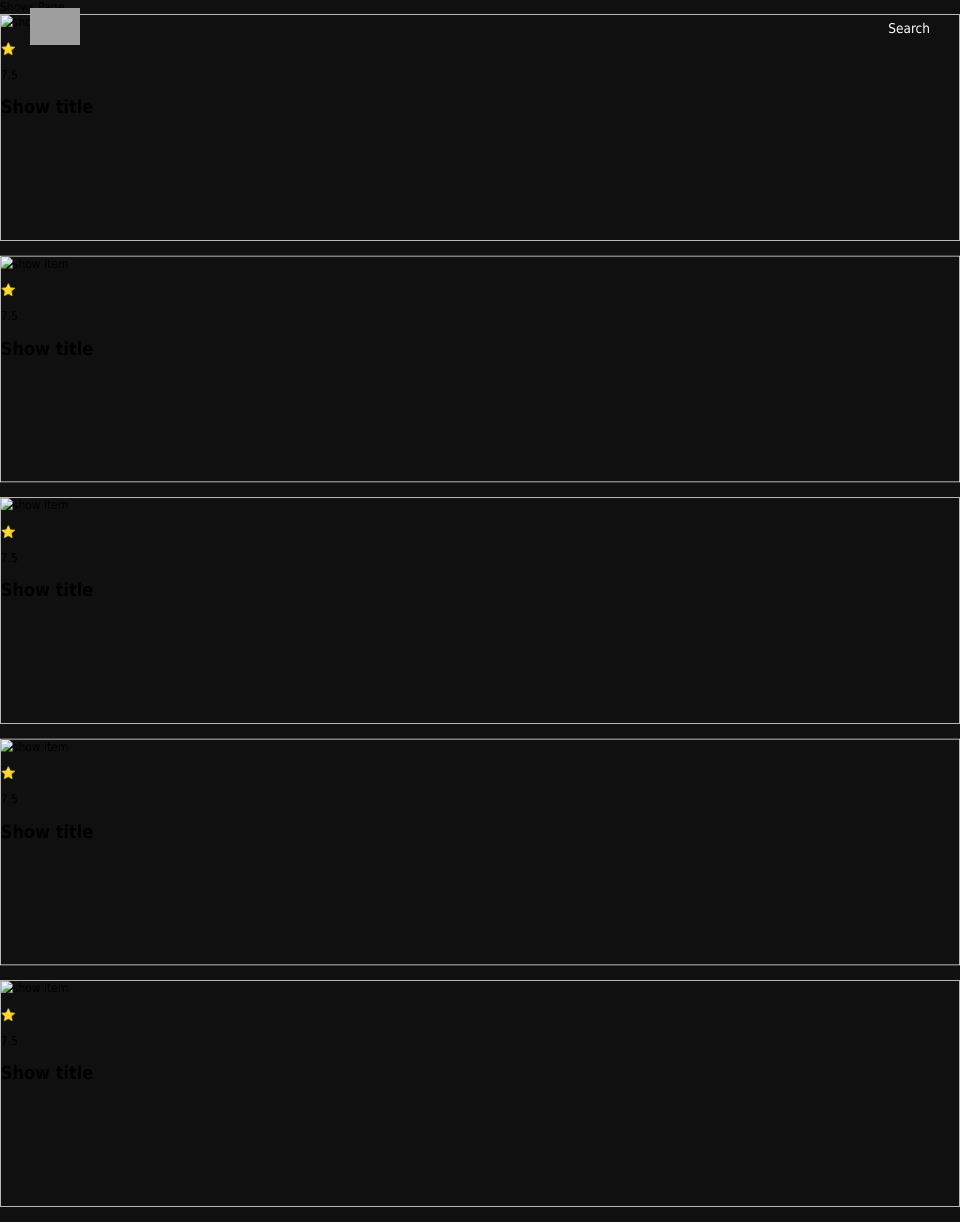
Repository: ahmedhamed15/React-Movies-App
Page: /#/show/1
The author's editor kept a copy of each file at every save. The page is drawn from the files as they stood at one save, then again after the next save.
The browser window is 1280 px wide. The pictures show the whole page, at 75% of full size.
Pictures or frames that could not be fetched are drawn as grey boxes. The project was rebuilt for these pictures with package versions that can differ from the ones it lists, and the page was loaded fresh each time. Also part of the build but not shown: src/Components/Search/Search.js, src/Pages/HomePage.js, src/Pages/SearchPage.js.

Above is the page before, as saved 2021-07-18 21:37:53.

After the next save:
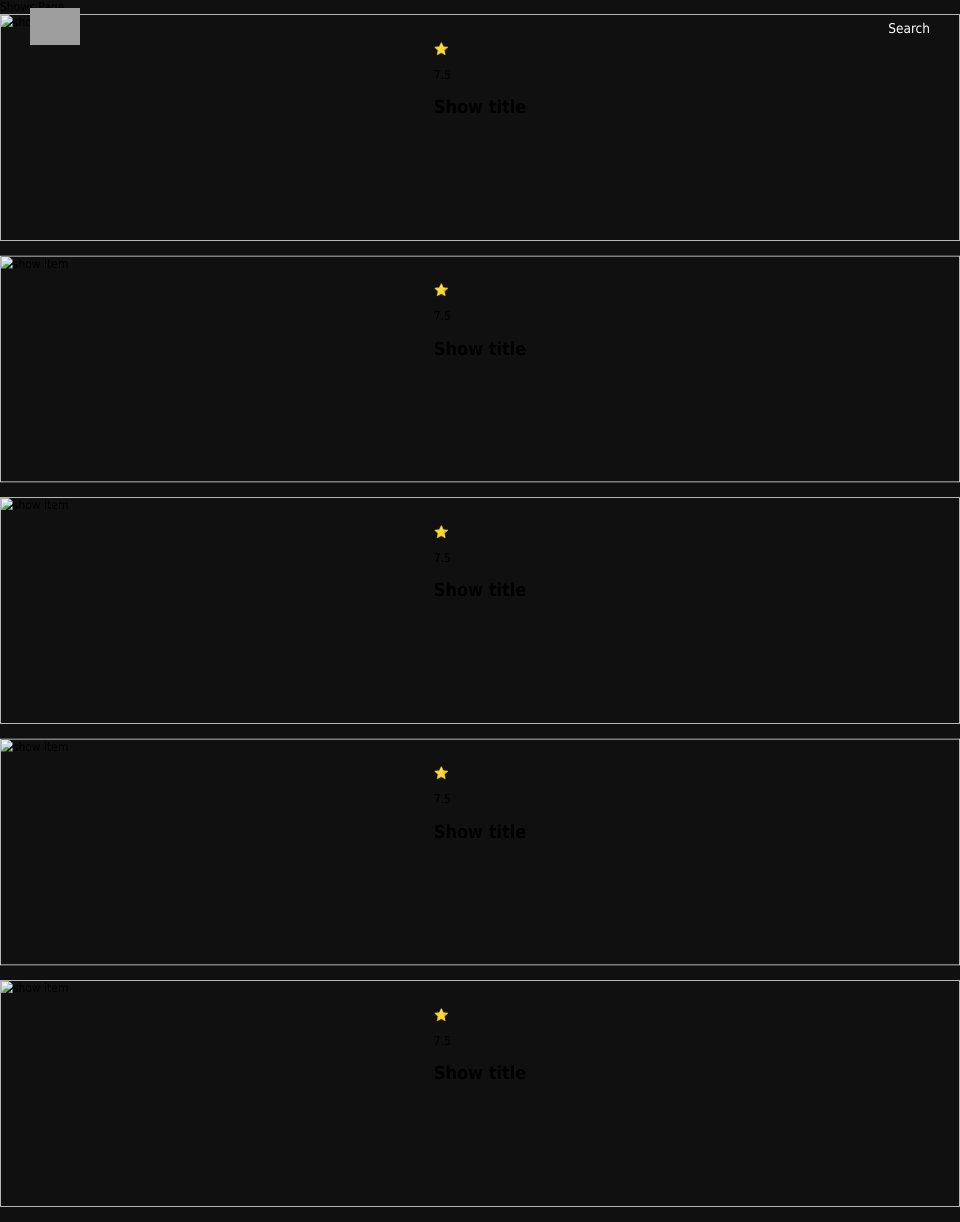
Saved 36 s later.
--- a/src/assets/index.css
+++ b/src/assets/index.css
@@ -100,3 +100,9 @@ header a:hover {
   border: 1px solid #EEE;
   margin-bottom: 20px;
 }
+.show-item .show-item__overlay {
+  display: flex;
+  align-items: center;
+  justify-content: center;
+  flex-direction: column;
+}
